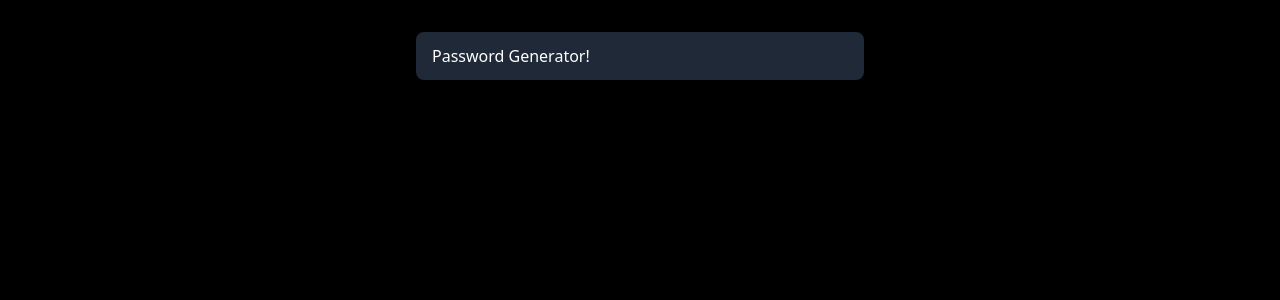
Repository: tirth2014/chai-aur-react
Page: / (app in 05_password-generator/)
An editor plug-in stored every save of this project. The page is shown before and after the next save, followed by the edit.
The browser window is 1280 px wide. The pictures show the whole page.
The project was rebuilt for these pictures with package versions that can differ from the ones it lists, and the page was loaded fresh each time. Also part of the build but not shown: 05_password-generator/vite.config.js.

Above is the page before, as saved 2023-10-07 16:24:58.

### 05_password-generator/src/App.jsx
import { useState } from 'react'

function App() {

  return (
    <>
    <div className="w-full max-w-md mx-auto shadow-md rounded-lg px-4 py-3 my-8 bg-gray-800 text-orange-500">
        <h1 className='text-white'>Password Generator!</h1>
      </div>
    </>
  )
}

export default App

Loaded but not shown: 05_password-generator/index.html (common file); 05_password-generator/src/main.jsx (common file); 05_password-generator/src/index.css (common file); 05_password-generator/tailwind.config.js (common file)

After the next save:
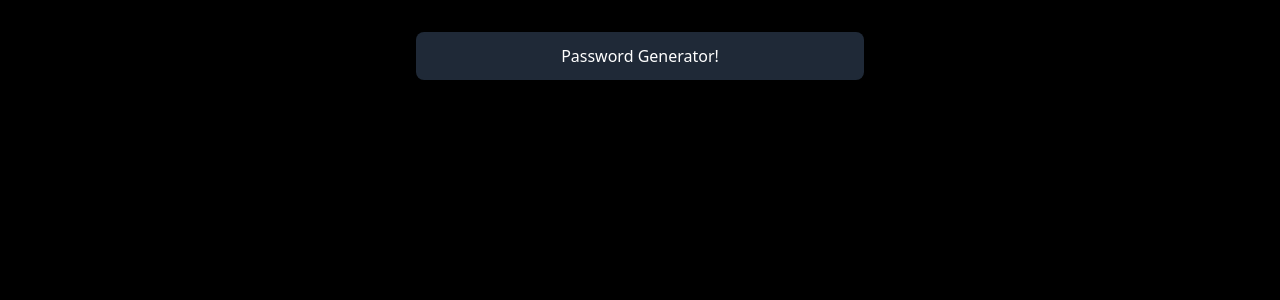
Saved 11 s later.
--- a/05_password-generator/src/App.jsx
+++ b/05_password-generator/src/App.jsx
@@ -5,7 +5,7 @@ function App() {
   return (
     <>
     <div className="w-full max-w-md mx-auto shadow-md rounded-lg px-4 py-3 my-8 bg-gray-800 text-orange-500">
-        <h1 className='text-white'>Password Generator!</h1>
+        <h1 className='text-white text-center'>Password Generator!</h1>
       </div>
     </>
   )
